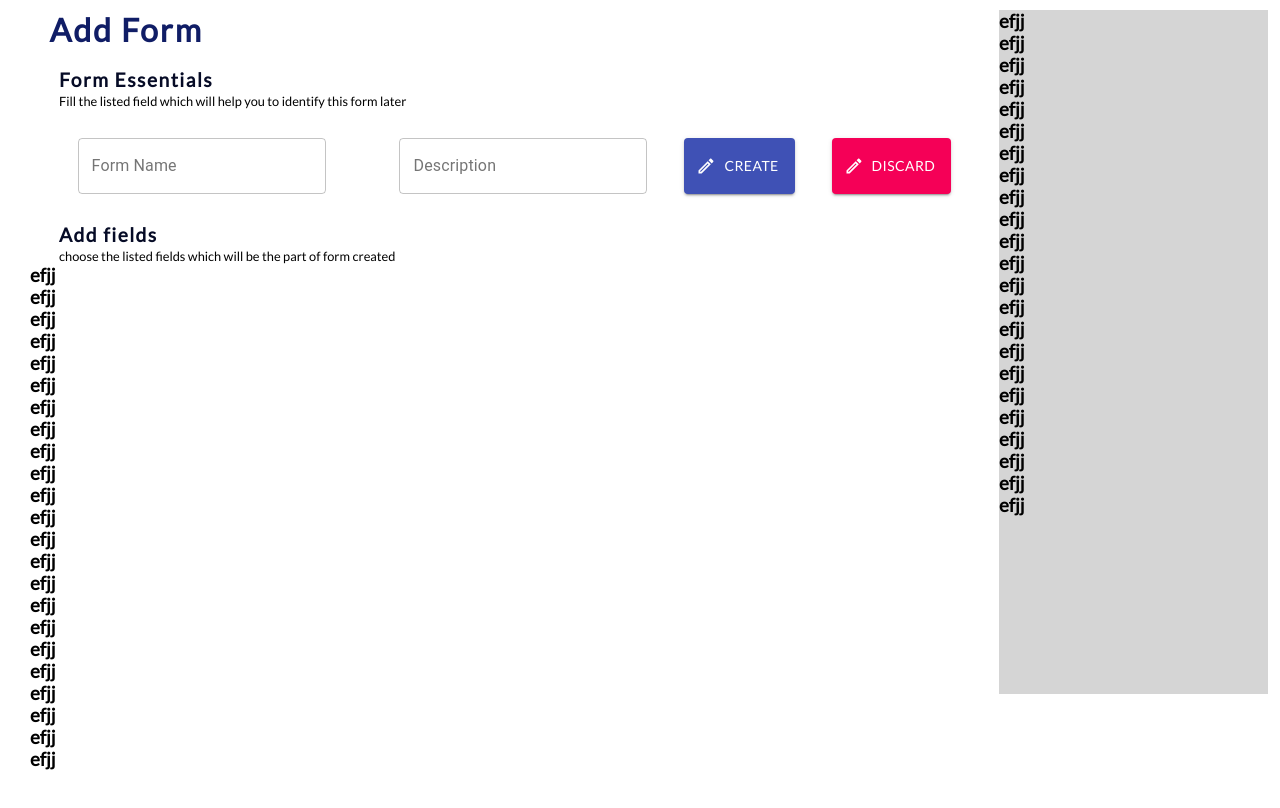
Repository: Architjain128/df
Page: /add
The author's editor kept a copy of each file at every save. The page is drawn from the files as they stood at one save, then again after a run of saves.
The browser window is 1280 px wide. The pictures show the whole page.
The project was rebuilt for these pictures with package versions that can differ from the ones it lists, and the page was loaded fresh each time. Also part of the build but not shown: src/App.css, src/dftable.js, src/dataForm.js.

Above is the page before, as saved 2021-06-25 16:07:28.

### src/addDataForm.js
import React , {Component} from 'react';
import './dataForm.css';
import { Button,TextField } from '@material-ui/core';
import CreateOutlinedIcon from '@material-ui/icons/CreateOutlined';

class AddDataForm extends Component{
    render(){
        return (
            <>
                <div className="dataform">
                    <div className='df-create-section'>
                        <div className='df-form-gen'>
                            <div className="df-title">Add Form</div>
                            <div className="df-subtitle">Form Essentials</div>
                            <div className="df-description" >Fill the listed field which will help you to identify this form later</div>
                            <div className="df-form-ess" cl>
                                <TextField id="outlined-basic" label="Form Name" variant="outlined" /><br/>
                                <TextField id="outlined-basic-large"  label="Description" variant="outlined"/>
                                <div className="df-create2"><Button variant="contained" color="primary" startIcon={<CreateOutlinedIcon />}> Create </Button></div>
                                <div className="df-create2"><Button variant="contained" href='/' color="secondary" startIcon={<CreateOutlinedIcon />}> Discard </Button></div>
                            </div>
                            <div className="df-subtitle">Add fields</div>
                            <div className="df-description" >choose the listed fields which will be the part of form created</div>
                            <div className="df-create-section">
                                <div className="df-dnd">
                                <h3>efjj</h3>
                                <h3>efjj</h3>
                                <h3>efjj</h3>
                                <h3>efjj</h3>
                                <h3>efjj</h3>
                                <h3>efjj</h3>
                                <h3>efjj</h3>
                                <h3>efjj</h3>
                                <h3>efjj</h3>
                                <h3>efjj</h3>
                                <h3>efjj</h3>
                                <h3>efjj</h3>
                                <h3>efjj</h3>
                                <h3>efjj</h3>
                                <h3>efjj</h3>
                                <h3>efjj</h3>
                                <h3>efjj</h3>
                                <h3>efjj</h3>
                                <h3>efjj</h3>
                                <h3>efjj</h3>
                                <h3>efjj</h3>
                                <h3>efjj</h3>
                                <h3>efjj</h3>

                                </div>
                            </div>
                        </div>
                        <div className="df-form-pre-con">
                            <div className='df-form-pre'>
                                <h3>efjj</h3>
                                <h3>efjj</h3>
                                <h3>efjj</h3>
                                <h3>efjj</h3>
                                <h3>efjj</h3>
                                <h3>efjj</h3>
                                <h3>efjj</h3>
                                <h3>efjj</h3>
                                <h3>efjj</h3>
                                <h3>efjj</h3>
                                <h3>efjj</h3>
                                <h3>efjj</h3>
                                <h3>efjj</h3>
                                <h3>efjj</h3>
                                <h3>efjj</h3>
                                <h3>efjj</h3>
                                <h3>efjj</h3>
                                <h3>efjj</h3>
                                <h3>efjj</h3>
                                <h3>efjj</h3>
                                <h3>efjj</h3>
                                <h3>efjj</h3>
                                <h3>efjj</h3>
                            </div>
                        </div>
                    </div>
                    <div className="df-end" ></div>
                    <div className="df-footer" ></div>

                </div>
            </>
            );
        }
}

export default AddDataForm;

### src/dataForm.css
@import url('https://fonts.googleapis.com/css2?family=Lato&display=swap');

* {
  box-sizing: border-box;
  margin: 0;
  padding: 0;
  font-family: 'Lato', sans-serif;
}

.dataform {
  padding-left: clamp(10px,30px,5%);
  padding-top: clamp(5px,10px,3%);
  display:block;
  /* height: 90vh; */
  /* align-items: center; */
  justify-content: left;
}
.df-title{
  letter-spacing: 2px;
  font-size: clamp(1.8rem, 2.5vw, 2.8rem);
  color:#101d66;
  font-weight: bolder;
  padding-left:2%;
  padding-right:10%;
  margin-bottom: 2%;
}
.df-subtitle{
    letter-spacing: 1.5px;
    font-size: clamp(1.2rem, 1.5vw, 2rem);
    color:#060b26;
    font-weight: bold;
    padding-left:3%;
    padding-right:10%;
    margin-bottom: 0.2%;
}
.df-description{
    font-size: clamp(0.8rem, 1vw, 1.2rem);
    color:#000000;
    padding-left:3%;
    padding-right:10%;
}
.df-table{
    padding-top:3%;
    padding-bottom:3%;
    padding-left:3%;
    padding-right:10%;
    height: 460px;
}
.df-create-section{
  display: flex;
}
.df-create-section .df-subdes{
  flex-grow: 10;
}
.df-create-section .df-create{
  flex-grow: 0;
}
.df-create-section .df-form-gen{
  flex-grow: 1;
}
.df-create-section .df-form-pre-con{
  flex-grow: 1;
  margin-right: 1%;
}
.df-form-pre{
  background-color: rgb(213, 213, 213);
  height: 90%;
  width: 100%;
}
.df-create{
  /* margin-left: 10%; */
  /* padding: auto; */
  align-items: right;
  justify-content: flex-start;
  display: flex;
  padding-left:3%;
  padding-right:10%;
}
.df-create2{
  /* margin-left: 10%; */
  /* padding: auto; */
  align-items: right;
  justify-content: flex-start;
  display: flex;
  gap: 5px;
}
.df-end{
  padding-top: 3%;
  padding-left: 3%;
}
.df-footer{
  position:absolute;
  padding-left: 3%;
  bottom: 0;
}
.df-form-ess{
  padding: 3%;
  display: flex;
  justify-content: space-around;
}
.df-form-ess TextField{
  flex-grow: 5;
}
.df-form-ess Button{
  flex-grow: 1;
}
#outlined-basic{
  font-size: medium;
  width: 100%;
}
#outlined-basic-large{
  font-size: medium;
  width: 100%;
}
.flex-container {
  padding: 0;
  margin: 0;
  list-style: none;
  display: flex;
  justify-content: flex-start;
}
.flex-item {
  padding: 5px;
  width: 60px;
  height: 50px;
  margin: 5px;
  line-height: 50px;
  color: white;
  font-weight: bold;
  font-size: 2em;
  text-align: center;
}

Loaded but not shown: public/index.html (common file); src/index.js (common file); src/index.css (common file); src/App.js (common file); src/reportWebVitals.js (common file)

After the next 2 saves:
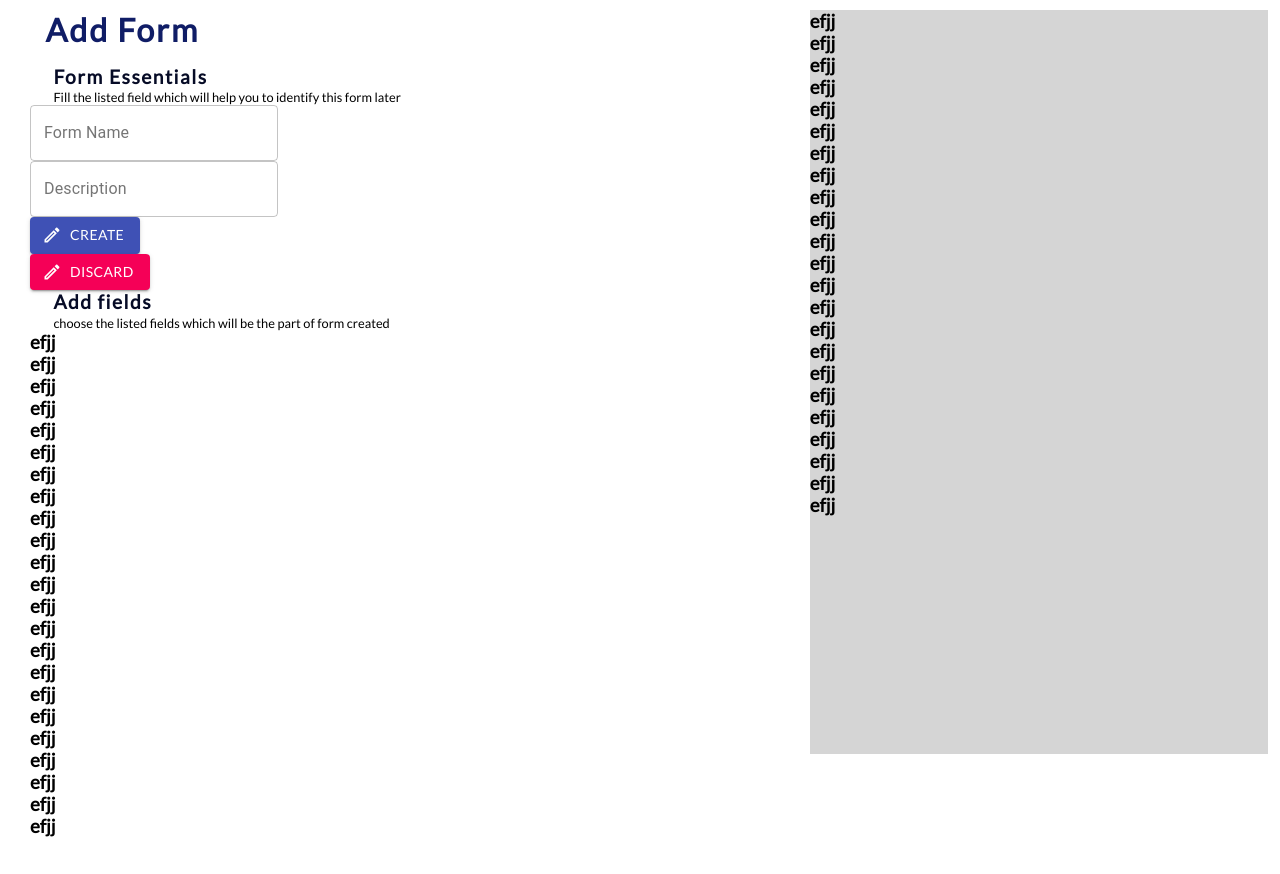
The 2 saves are shown as one change because they came seconds apart.
The last was saved 6 s later.
--- a/src/addDataForm.js
+++ b/src/addDataForm.js
@@ -13,7 +13,7 @@ class AddDataForm extends Component{
                             <div className="df-title">Add Form</div>
                             <div className="df-subtitle">Form Essentials</div>
                             <div className="df-description" >Fill the listed field which will help you to identify this form later</div>
-                            <div className="df-form-ess" cl>
+                            <div className="df-form-ess" class="flex">
                                 <TextField id="outlined-basic" label="Form Name" variant="outlined" /><br/>
                                 <TextField id="outlined-basic-large"  label="Description" variant="outlined"/>
                                 <div className="df-create2"><Button variant="contained" color="primary" startIcon={<CreateOutlinedIcon />}> Create </Button></div>
